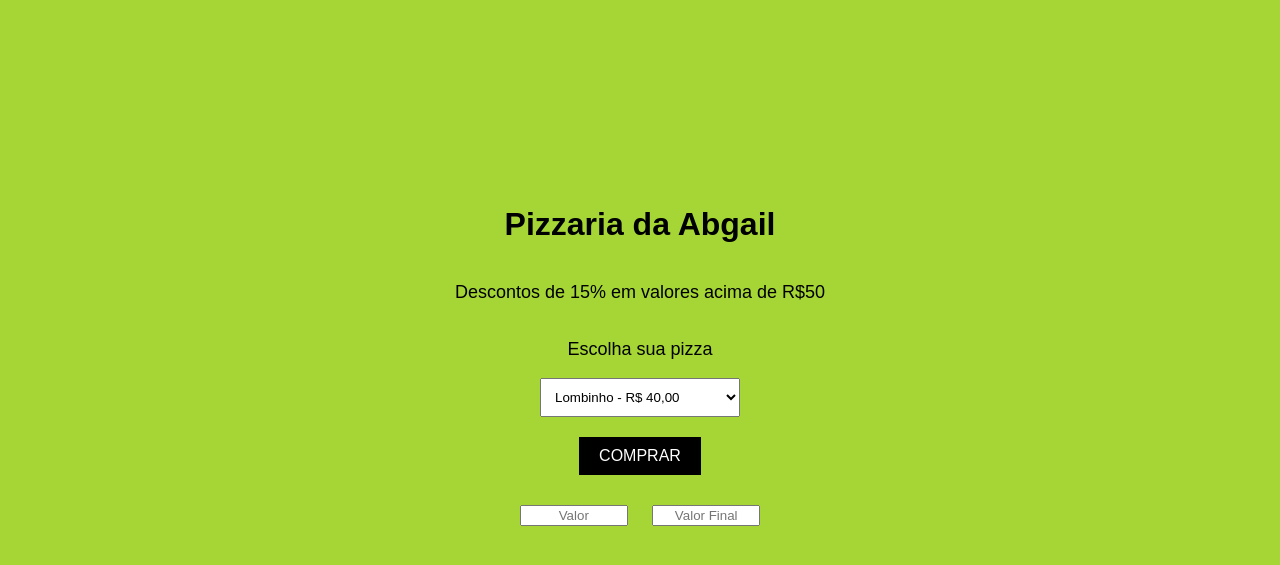
Repository: Gabrielb0rn/JavaScript-HTML.io
Page: atividade 10/index.html
These files come from the project's save history. The page is drawn as it stood at one moment and after the next save; the edit follows.
The browser window is 1280 px wide. The pictures show the whole page.
After loading, the first visible `button` was clicked once.

Above is the page before, as saved 2024-07-04 11:28:32.
Console error: ReferenceError: comprar is not defined

### atividade 10/index.html
<!DOCTYPE html>
<html lang="pt-BR">
<head>
    <meta charset="UTF-8">
    <meta name="viewport" content="width=device-width, initial-scale=1.0">
    <title>Pizzaria da Abgail</title>

    <style>
        body {
            font-family: Arial, sans-serif;
            display: flex;
            flex-direction: column;
            align-items: center;
            justify-content: center;
            background-color: #a5d635;
            height: 100vh;
            margin: 0;
        }

        h1 {
            color: #000;
        }

        p {
            color: #000;
            font-size: 18px;
        }

        select {
            width: 200px;
            padding: 10px;
            margin-bottom: 20px;
        }

        button {
            background-color: #000;
            color: white;
            border: none;
            padding: 10px 20px;
            cursor: pointer;
            font-size: 16px;
        }

        button:hover {
            background-color: #333;
        }

        .output {
            margin-top: 20px;
        }

        input[type="text"] {
            width: 100px;
            text-align: center;
            margin: 10px;
        }
    </style>
</head>
<body>
    <h1>Pizzaria da Abgail</h1>
    <p>Descontos de 15% em valores acima de R$50</p>
    <p>Escolha sua pizza</p>
    <select id="pizza">
        <option value="lombinho">Lombinho - R$ 40,00</option>
        <option value="calabresa">Calabresa - R$ 35,00</option>
        <option value="portuguesa">Portuguesa - R$ 45,00</option>
        <option value="camarao">Camarão - R$ 60,00</option>
    </select>
    <button onclick="comprar()">COMPRAR</button>
    <div class="output">
        <input type="text" id="valor" placeholder="Valor" readonly>
        <input type="text" id="valorFinal" placeholder="Valor Final" readonly>
    </div>

    <script src="assets/scripts.js"></script>
</body>
</html>

### atividade 10/assets/scripts.js
function calcularMedia() {
    var nota1 = parseFloat(document.getElementById("nota1").value);
    var nota2 = parseFloat(document.getElementById("nota2").value);
    var nota3 = parseFloat(document.getElementById("nota3").value);

    if (isNaN(nota1) || isNaN(nota2) || isNaN(nota3)) {
        alert("Por favor, insira todas as notas.");
        return;
    }

    var media = (nota1 + nota2 + nota3) / 3;
    var resultado = media >= 7 ? "Aprovado" : "Reprovado";

    alert("A média é: " + media.toFixed(2) + "\n" + resultado);
}

After the next save:
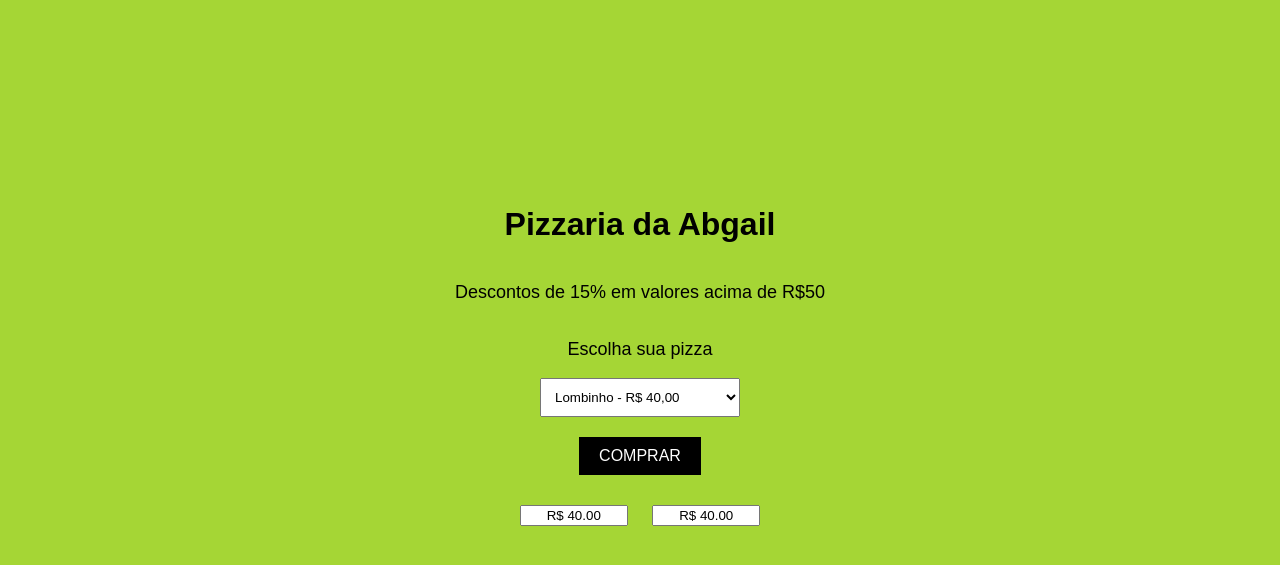
The error is gone.
Saved 3 s later.
--- a/atividade 10/assets/scripts.js
+++ b/atividade 10/assets/scripts.js
@@ -1,15 +1,19 @@
-function calcularMedia() {
-    var nota1 = parseFloat(document.getElementById("nota1").value);
-    var nota2 = parseFloat(document.getElementById("nota2").value);
-    var nota3 = parseFloat(document.getElementById("nota3").value);
+const precos = {
+    lombinho: 40,
+    calabresa: 35,
+    portuguesa: 45,
+    camarao: 60
+};
 
-    if (isNaN(nota1) || isNaN(nota2) || isNaN(nota3)) {
-        alert("Por favor, insira todas as notas.");
-        return;
+function comprar() {
+    const pizzaSelecionada = document.getElementById('pizza').value;
+    const valor = precos[pizzaSelecionada];
+    let valorFinal = valor;
+
+    if (valor > 50) {
+        valorFinal = valor * 0.85;
     }
 
-    var media = (nota1 + nota2 + nota3) / 3;
-    var resultado = media >= 7 ? "Aprovado" : "Reprovado";
-
-    alert("A média é: " + media.toFixed(2) + "\n" + resultado);
+    document.getElementById('valor').value = `R$ ${valor.toFixed(2)}`;
+    document.getElementById('valorFinal').value = `R$ ${valorFinal.toFixed(2)}`;
 }
